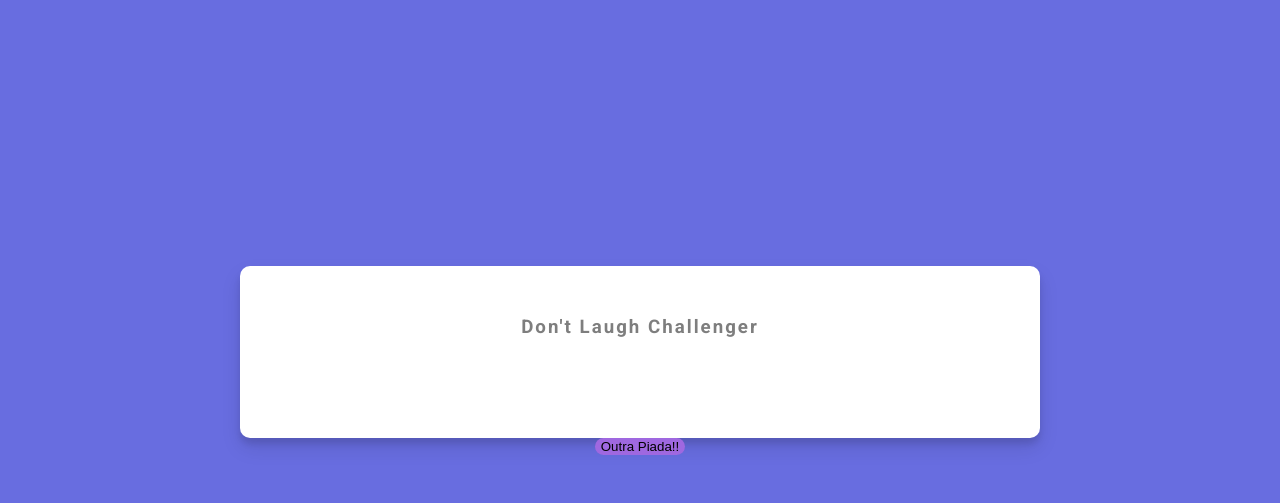
Repository: Williamlmachado/Dad-Jokes
Page: index.html
The author's editor kept a copy of each file at every save. The page is drawn from the files as they stood at one save, then again after the next save.
The browser window is 1280 px wide. The pictures show the whole page.

Above is the page before, as saved 2021-08-21 13:00:07.

After the next save:
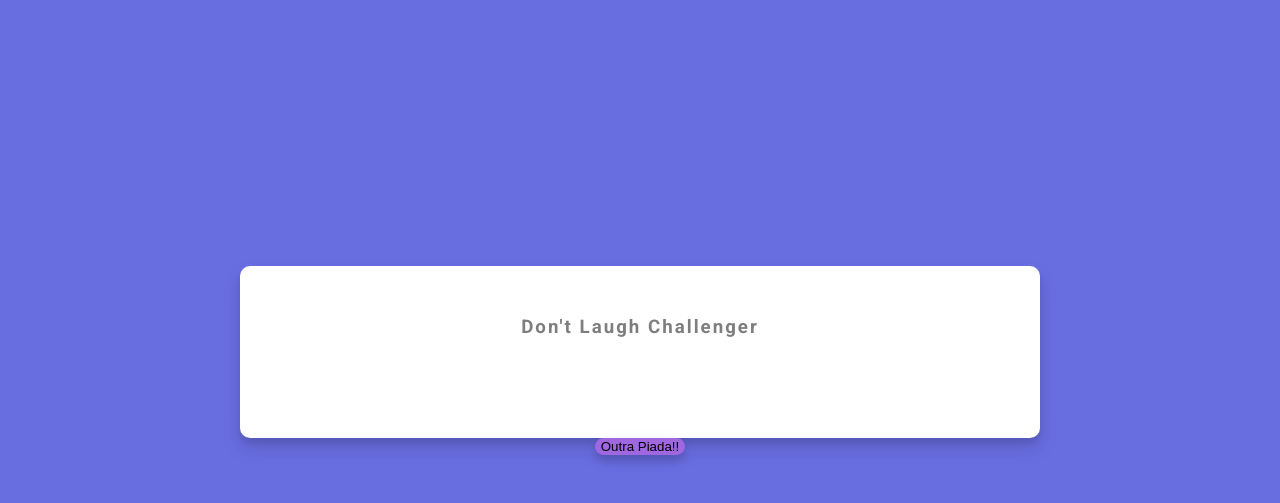
Saved 35 s later.
--- a/style.css
+++ b/style.css
@@ -41,5 +41,6 @@ h3{
     background-color: #9f68E0;
     border: 0;
     border-radius: 10px;
+    box-shadow: 0 5px 15px rgba(0, 0, 0, 0.1), 0 6px 6px rgba(0, 0, 0, 0.1);
 
 }
